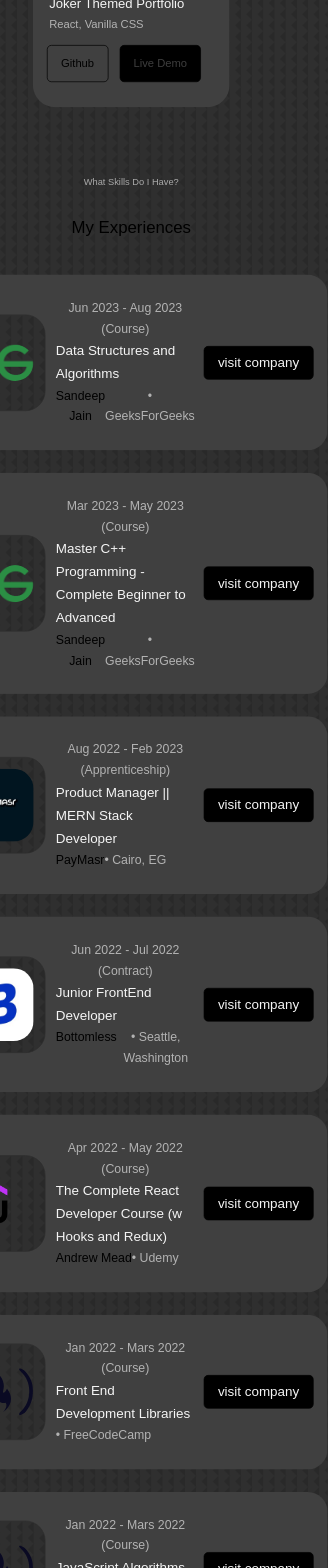
Repository: Z-Bahaa/project_joker_react_portfolio
Page: /
These files come from the project's save history. The page is drawn as it stood at one moment and after the next save; the edit follows.
The browser window is 375 px wide. The page is 468 px wide, so the pictures cover 468 px, including what lies to the right of the window. The pictures show the part of the page from y = 4115 to 6355 px (the page is 11021 px tall), at 70% of full size.
Some web fonts or font styles are not loaded; a fallback is used. The project was rebuilt for these pictures with package versions that can differ from the ones it lists, and the page was loaded fresh each time. Imported but missing from the stored project, and not drawn on this page: src/assets/resume.pdf.

Above is the page before, as saved 2023-08-21 18:35:38.

After the next save:
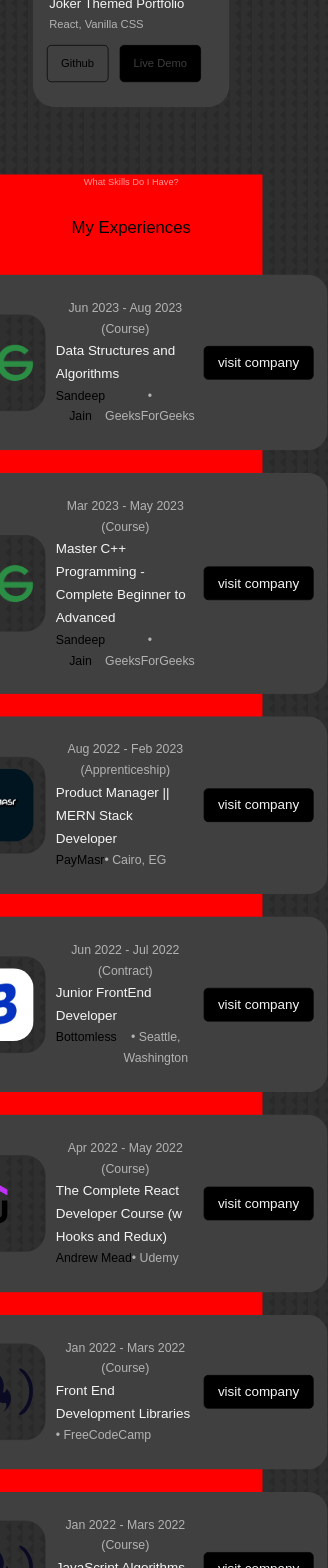
Saved 5 s later.
--- a/src/components/header/header.css
+++ b/src/components/header/header.css
@@ -73,7 +73,7 @@
 }
 
 @media screen and (max-width: 600px) {
-  experience {
+  #experience {
     background-color: red;
   }
 

After the save that followed:
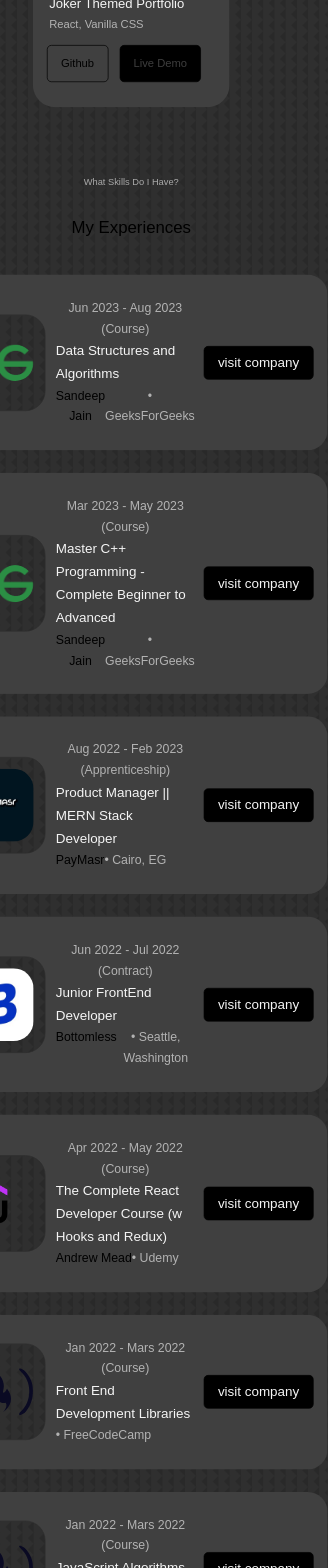
Saved 56 s later.
--- a/src/components/header/header.css
+++ b/src/components/header/header.css
@@ -73,9 +73,7 @@
 }
 
 @media screen and (max-width: 600px) {
-  #experience {
-    background-color: red;
-  }
+
 
 
 }
